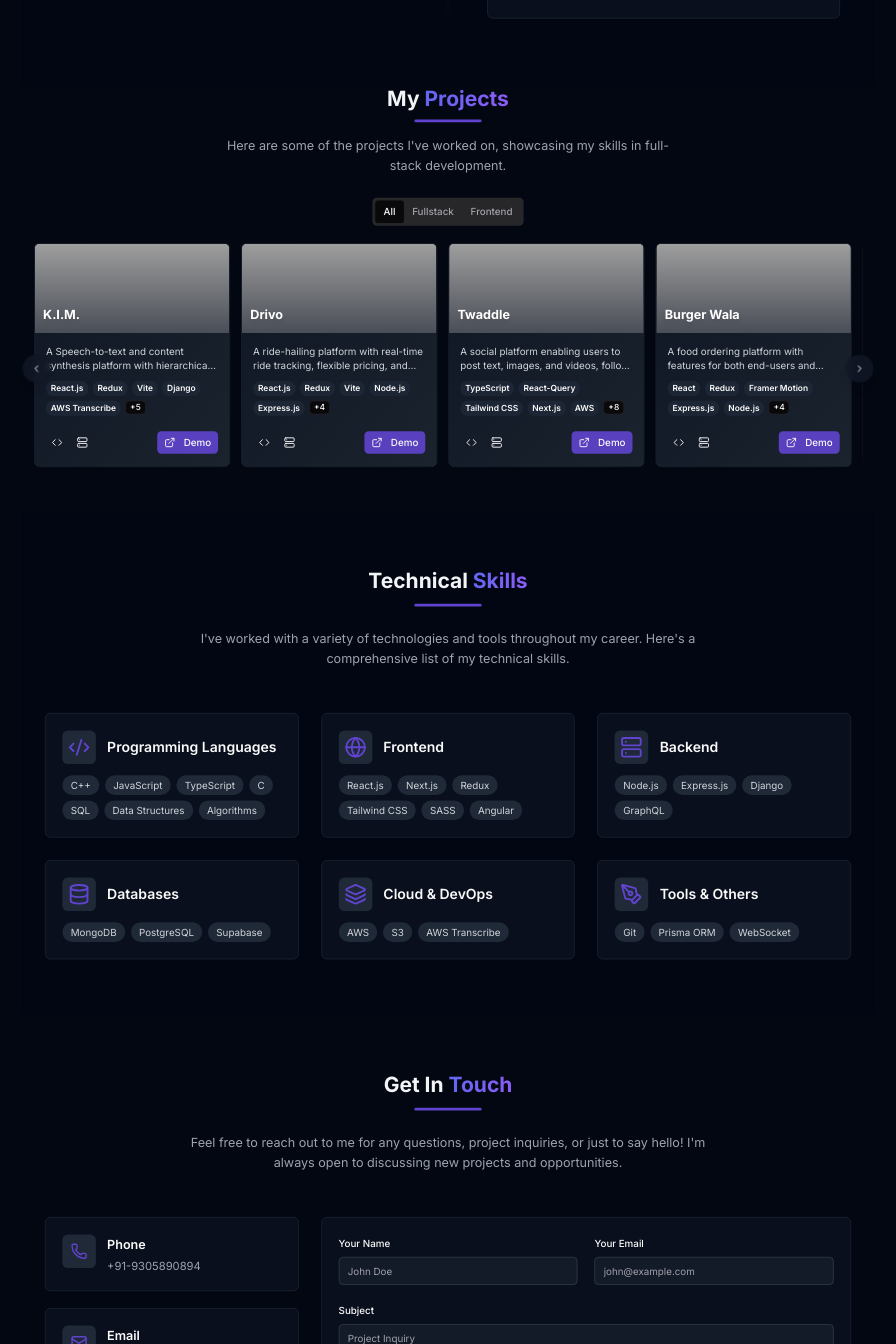
Repository: NoobCoderY/Yash
Page: /
An editor plug-in stored every save of this project. The page is shown before and after a run of saves, followed by the edit.
The browser window is 1280 px wide. The pictures show the part of the page from y = 2812 to 4732 px (the page is 5388 px tall before and 5356 px after), at 70% of full size.
Pictures or frames that could not be fetched are drawn as grey boxes. The project was rebuilt for these pictures with package versions that can differ from the ones it lists, and the page was loaded fresh each time. The framework's server and built-in components were replaced by stand-ins that run in the browser. Also part of the build but not shown: next.config.mjs, app/actions/send-email.ts.

Above is the page before, as saved 2025-04-13 10:55:12.

### app/layout.tsx
import type React from "react"
import "./globals.css"
import type { Metadata } from "next"
import { Inter } from "next/font/google"
import { ThemeProvider } from "@/components/theme-provider"

const inter = Inter({ subsets: ["latin"] })

export const metadata: Metadata = {
  title: "Yash Diwaker | Full Stack Developer",
  description: "Portfolio of Yash Diwaker, Full Stack Developer specializing in MERN stack and AWS",
    generator: 'v0.dev'
}

export default function RootLayout({
  children,
}: Readonly<{
  children: React.ReactNode
}>) {
  return (
    <html lang="en" suppressHydrationWarning>
      <body className={inter.className}>
        <ThemeProvider attribute="class" defaultTheme="dark" enableSystem disableTransitionOnChange>
          {children}
        </ThemeProvider>
      </body>
    </html>
  )
}


import './globals.css'

### app/page.tsx
import Hero from "@/components/hero"
import Navbar from "@/components/navbar"
import About from "@/components/about"
import Experience from "@/components/experience"
import Projects from "@/components/projects"
import Skills from "@/components/skills"
import Contact from "@/components/contact"
import Footer from "@/components/footer"

export default function Home() {
  return (
    <div className="min-h-screen bg-gray-950 text-gray-100">
      <Navbar />
      <main className="container mx-auto px-4 sm:px-6 lg:px-8">
        <Hero />
        <About />
        <Experience />
        <Projects />
        <Skills />
        <Contact />
      </main>
      <Footer />
    </div>
  )
}

### components/projects.tsx
'use client';

import { useState, useRef } from 'react';
import { motion } from 'framer-motion';
import { useInView } from 'framer-motion';
import { Card, CardContent } from '@/components/ui/card';
import { Badge } from '@/components/ui/badge';
import { Button } from '@/components/ui/button';
import { Tabs, TabsContent, TabsList, TabsTrigger } from '@/components/ui/tabs';
import {
  ExternalLink,
  ChevronLeft,
  ChevronRight,
  ArrowRight,
  Code,
  Server,
} from 'lucide-react';
import Link from 'next/link';
import {
  Popover,
  PopoverContent,
  PopoverTrigger,
} from '@/components/ui/popover';

export default function Projects() {
  const ref = useRef(null);
  const carouselRef = useRef<HTMLDivElement>(null);
  const isInView = useInView(ref, { once: true, margin: '-100px' });
  const [activeTab, setActiveTab] = useState('all');

  const projects = [
    {
      title: 'K.I.M.',
      description:
        'A Speech-to-text and content synthesis platform with hierarchical management of companies, departments, and projects.',
      image: '/placeholder.svg?height=300&width=500',
      tags: [
        'React.js',
        'Redux',
        'Vite',
        'Django',
        'AWS Transcribe',
        'PostgreSQL',
        'Mistral AI',
        'FFMPEG',
        'Mailjet',
        'AWS S3',
      ],
      category: 'fullstack',
      github: {
        fe: '#',
        be: '#',
      },
      demo: '#',
    },
    {
      title: 'Drivo',
      description:
        'A ride-hailing platform with real-time ride tracking, flexible pricing, and geolocation services using WebSocket and Google Maps API.',
      image: '/placeholder.svg?height=300&width=500',
      tags: [
        'React.js',
        'Redux',
        'Vite',
        'Node.js',
        'Express.js',
        'WebSocket',
        'MongoDB',
        'Google Maps API',
        'Tailwind CSS',
      ],
      category: 'fullstack',
      github: {
        fe: '#',
        be: '#',
      },
      demo: 'https://drivo-fe.vercel.app/',
    },
    {
      title: 'Twaddle',
      description:
        'A social platform enabling users to post text, images, and videos, follow others, and view personalized feeds using GraphQL and Prisma ORM.',
      image: '/placeholder.svg?height=300&width=500',
      tags: [
        'TypeScript',
        'React-Query',
        'Tailwind CSS',
        'Next.js',
        'AWS',
        'JSON Web Tokens',
        'Prisma ORM',
        'Google OAuth',
        'GraphQL',
        'Node.js',
        'Supabase',
        'PostgreSQL',
        'Codegen',
      ],
      category: 'fullstack',
      github: {
        fe: '#',
        be: '#',
      },
      demo: '#',
    },
    {
      title: 'Burger Wala',
      description:
        'A food ordering platform with features for both end-users and admins, including online payment integration with Razorpay.',
      image: '/placeholder.svg?height=300&width=500',
      tags: [
        'React',
        'Redux',
        'Framer Motion',
        'Express.js',
        'Node.js',
        'MongoDB',
        'Passport.js',
        'Razorpay',
        'Chart.js',
      ],
      category: 'fullstack',
      github: {
        fe: '#',
        be: '#',
      },
      demo: '#',
    },
    {
      title: 'Crypto Tracker',
      description:
        'A React-based cryptocurrency tracking application featuring live data charts, favorite coin management, and real-time price updates.',
      image: '/placeholder.svg?height=300&width=500',
      tags: [
        'React.js',
        'Redux',
        'Chart.js',
        'CoinGecko API',
        'Axios',
        'Tailwind CSS',
        'React Query',
        'LocalStorage',
        'Vite',
        'Framer Motion',
      ],
      category: 'frontend',
      github: {
        fe: '#',
      },
      demo: '#',
    },
    {
      title: 'E-Commerce Admin Dashboard',
      description:
        'A comprehensive admin dashboard for managing e-commerce orders, products, and customer data with sales analytics.',
      image: '/placeholder.svg?height=300&width=500',
      tags: [
        'MongoDB',
        'Express.js',
        'React.js',
        'Node.js',
        'Redux',
        'Chart.js',
        'JWT Authentication',
        'Mongoose',
        'Tailwind CSS',
        'Axios',
        'React Table',
      ],
      category: 'fullstack',
      github: {
        fe: '#',
        be: '#',
      },
      demo: '#',
    },
    {
      title: 'Quiz Application',
      description:
        'An interactive quiz platform allowing users to create, share, and participate in quizzes across various categories.',
      image: '/placeholder.svg?height=300&width=500',
      tags: [
        'MongoDB',
        'Express.js',
        'React.js',
        'Node.js',
        'Redux',
        'Socket.io',
        'JWT Authentication',
        'Mongoose',
        'Tailwind CSS',
        'React Hook Form',
      ],
      category: 'fullstack',
      github: {
        fe: '#',
        be: '#',
      },
      demo: '#',
    },
  ];

  // Get unique categories
  const categories = [
    'all',
    ...new Set(projects.map((project) => project.category)),
  ];

  // Filter projects based on active tab
  const filteredProjects =
    activeTab === 'all'
      ? projects
      : projects.filter((project) => project.category === activeTab);

  const scroll = (direction: 'left' | 'right') => {
    if (carouselRef.current) {
      const { current } = carouselRef;
      const scrollAmount =
        direction === 'left' ? -current.clientWidth : current.clientWidth;
      current.scrollBy({ left: scrollAmount, behavior: 'smooth' });
    }
  };

  const cardVariants = {
    hidden: { opacity: 0, y: 20 },
    visible: (i: number) => ({
      opacity: 1,
      y: 0,
      transition: {
        delay: 0.05 * i,
        duration: 0.4,
      },
    }),
  };

  return (
    <section
      id='projects'
      className='overflow-hidden'
    >
      <div className='container mx-auto px-4'>
        <motion.div
          initial={{ opacity: 0, y: 20 }}
          animate={isInView ? { opacity: 1, y: 0 } : { opacity: 0, y: 20 }}
          transition={{ duration: 0.5 }}
          ref={ref}
          className='text-center mb-8'
        >
          <h2 className='text-3xl font-bold mb-3'>
            My <span className='gradient-text'>Projects</span>
          </h2>
          <div className='w-24 h-1 bg-primary mx-auto mb-5 rounded-full'></div>
          <p className='text-lg text-gray-400 max-w-2xl mx-auto'>
            Here are some of the projects I've worked on, showcasing my skills
            in full-stack development.
          </p>
        </motion.div>

        <Tabs
          defaultValue='all'
          value={activeTab}
          onValueChange={setActiveTab}
          className='mb-6'
        >
          <div className='flex justify-center mb-6'>
            <TabsList>
              {categories.map((category) => (
                <TabsTrigger
                  key={category}
                  value={category}
                  className='capitalize'
                >
                  {category}
                </TabsTrigger>
              ))}
            </TabsList>
          </div>

          <TabsContent
            value={activeTab}
            className='mt-0 relative'
          >
            <div className='absolute -left-4 top-1/2 -translate-y-1/2 z-10'>
              <Button
                variant='ghost'
                size='icon'
                className='rounded-full bg-gray-900/80 backdrop-blur-sm hover:bg-gray-800 shadow-lg'
                onClick={() => scroll('left')}
              >
                <ChevronLeft className='h-5 w-5' />
                <span className='sr-only'>Scroll left</span>
              </Button>
            </div>

            <div
              ref={carouselRef}
              className='flex overflow-x-auto gap-4 pb-4 snap-x snap-mandatory hide-scrollbar'
              style={{ scrollbarWidth: 'none', msOverflowStyle: 'none' }}
            >
              {filteredProjects.map((project, i) => (
                <motion.div
                  key={i}
                  custom={i}
                  variants={cardVariants}
                  initial='hidden'
                  animate={isInView ? 'visible' : 'hidden'}
                  className='min-w-[280px] max-w-[280px] snap-start'
                >
                  <Card className='h-[320px] bg-gradient-to-br from-gray-900/90 to-gray-800/80 border-gray-800 hover:border-primary/40 transition-all duration-300 overflow-hidden group relative'>


                    <div className='relative h-32 overflow-hidden'>
                      <img
                        src={project.image || '/placeholder.svg'}
                        alt={project.title}
                        className='w-full h-full object-cover transition-transform duration-700 group-hover:scale-110'
                      />
                      <div className='absolute inset-0 bg-gradient-to-t from-gray-900 to-transparent opacity-60'></div>
                      <div className='absolute bottom-0 left-0 w-full p-3'>
                        <h3 className='text-lg font-bold text-white drop-shadow-md'>
                          {project.title}
                        </h3>
                      </div>
                    </div>

                    <CardContent className='p-4 flex flex-col h-[188px]'>
                      <p className='text-gray-300 text-sm mb-3 line-clamp-2 h-10'>
                        {project.description}
                      </p>

                      <div className='flex flex-wrap gap-1.5 h-[40px]'>
                        {project.tags.slice(0, 5).map((tag, index) => (
                          <Badge
                            key={index}
                            variant='secondary'
                            className='text-xs px-1.5 py-0.5 bg-gray-800/80'
                          >
                            {tag}
                          </Badge>
                        ))}
                        {project.tags.length > 5 && (
                          <Popover>
                            <PopoverTrigger asChild>
                              <Button
                                variant='outline'
                                size='sm'
                                className='h-5 text-xs px-1.5 py-0 cursor-pointer'
                              >
                                +{project.tags.length - 5}
                              </Button>
                            </PopoverTrigger>
                            <PopoverContent
                              className='w-auto p-2 bg-gray-900 border-gray-800'
                              side='top'
                              align='center'
                              sideOffset={5}
                            >
                              <div className='flex flex-wrap gap-1.5 max-w-[250px]'>
                                {project.tags.slice(5).map((tag, index) => (
                                  <Badge
                                    key={index}
                                    variant='secondary'
                                    className='text-xs px-1.5 py-0.5 bg-gray-800/80'
                                  >
                                    {tag}
                                  </Badge>
                                ))}
                              </div>
                            </PopoverContent>
                          </Popover>
                        )}
                      </div>

                      <div className='flex justify-between mt-auto'>
                        <div className='flex gap-1'>
                          {project.github.fe && (
                            <Link
                              href={project.github.fe}
                              target='_blank'
                              rel='noopener noreferrer'
                            >
                              <Button
                                variant='ghost'
                                size='sm'
                                className='h-8 px-2'
                                title='Frontend Code'
                              >
                                <Code className='h-3.5 w-3.5' />
                                <span className='sr-only'>Frontend Code</span>
                              </Button>
                            </Link>
                          )}
                          {project.github.be && (
                            <Link
                              href={project.github.be}
                              target='_blank'
                              rel='noopener noreferrer'
                            >
                              <Button
                                variant='ghost'
                                size='sm'
                                className='h-8 px-2'
                                title='Backend Code'
                              >
                                <Server className='h-3.5 w-3.5' />
                                <span className='sr-only'>Backend Code</span>
                              </Button>
                            </Link>
                          )}
                        </div>
                        <Link
                          href={project.demo}
                          target='_blank'
                          rel='noopener noreferrer'
                        >
                          <Button
                            size='sm'
                            className='h-8 px-2.5 bg-primary/90 hover:bg-primary'
                          >
                            <ExternalLink className='h-3.5 w-3.5 mr-1' />
                            Demo
                          </Button>
                        </Link>
                      </div>
                    </CardContent>

                    <div className='absolute inset-0 bg-gradient-to-t from-black to-transparent opacity-0 group-hover:opacity-20 transition-opacity duration-300 pointer-events-none'></div>
                  </Card>
                </motion.div>
              ))}
            </div>

            <div className='absolute -right-4 top-1/2 -translate-y-1/2 z-10'>
              <Button
                variant='ghost'
                size='icon'
                className='rounded-full bg-gray-900/80 backdrop-blur-sm hover:bg-gray-800 shadow-lg'
                onClick={() => scroll('right')}
              >
                <ChevronRight className='h-5 w-5' />
                <span className='sr-only'>Scroll right</span>
              </Button>
            </div>

            <div className='flex justify-center mt-6'>

            </div>
          </TabsContent>
        </Tabs>
      </div>
    </section>
  );
}

### components/ui/input.tsx
import * as React from "react"

import { cn } from "@/lib/utils"

const Input = React.forwardRef<HTMLInputElement, React.ComponentProps<"input">>(
  ({ className, type, ...props }, ref) => {
    return (
      <input
        type={type}
        className={cn(
          "flex h-10 w-full rounded-md border border-input bg-background px-3 py-2 text-base ring-offset-background file:border-0 file:bg-transparent file:text-sm file:font-medium file:text-foreground placeholder:text-muted-foreground focus-visible:outline-none focus-visible:ring-2 focus-visible:ring-ring focus-visible:ring-offset-2 disabled:cursor-not-allowed disabled:opacity-50 md:text-sm",
          className
        )}
        ref={ref}
        {...props}
      />
    )
  }
)
Input.displayName = "Input"

export { Input }

Loaded but not shown: components/theme-provider.tsx (common file); components/ui/textarea.tsx (common file); hooks/use-toast.ts (common file); lib/utils.ts (common file); tailwind.config.ts (common file); components/contact.tsx (244 lines, source omitted); components/hero.tsx (166 lines, source omitted); components/experience.tsx (114 lines, source omitted); components/skills.tsx (126 lines, source omitted); components/navbar.tsx (107 lines, source omitted); components/about.tsx (86 lines, source omitted); components/footer.tsx (79 lines, source omitted); app/globals.css (141 lines, source omitted); components/ui/button.tsx (56 lines, source omitted); components/ui/tabs.tsx (55 lines, source omitted); components/ui/card.tsx (79 lines, source omitted); components/ui/popover.tsx (31 lines, source omitted); components/ui/badge.tsx (36 lines, source omitted)

After the next 2 saves:
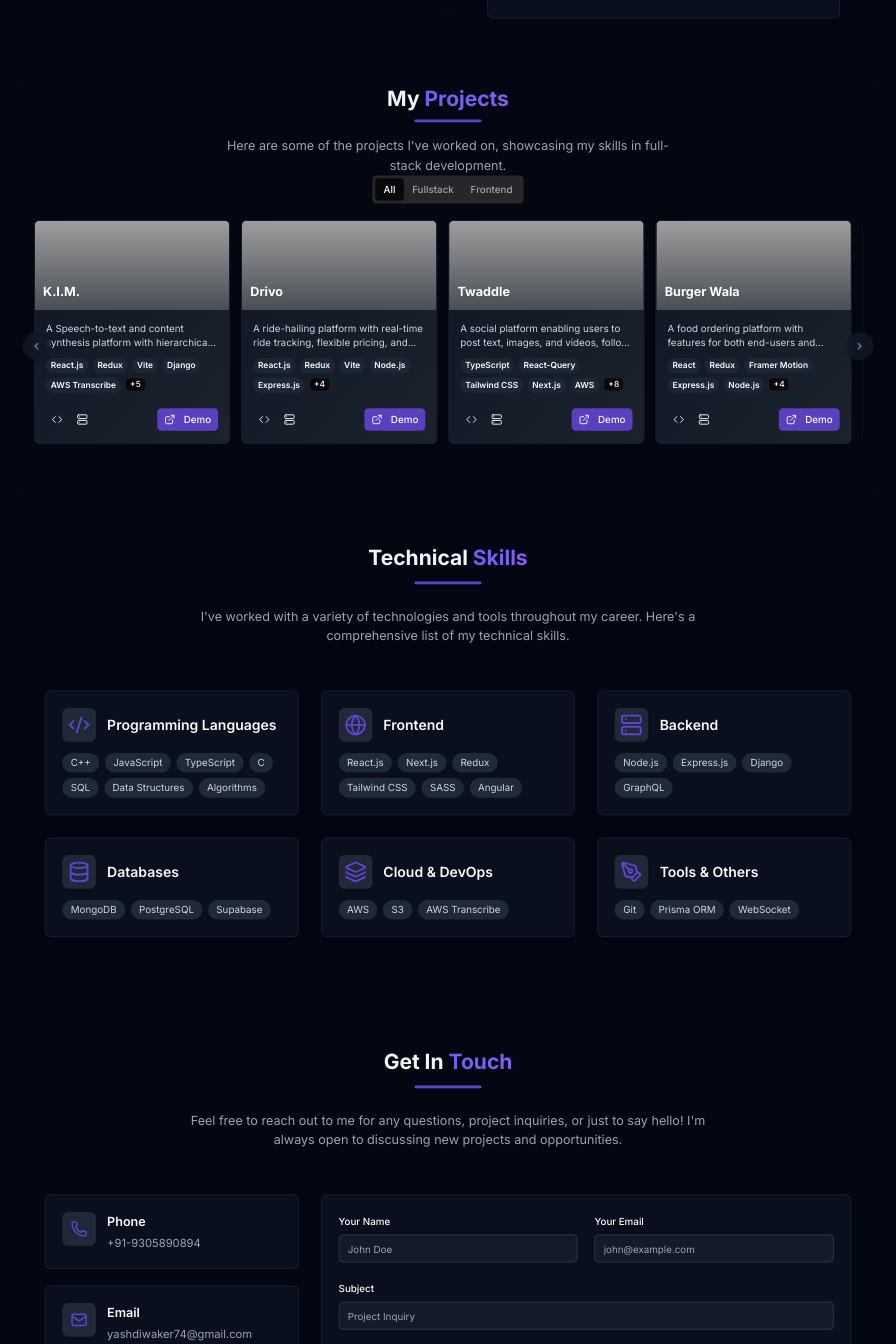
The 2 saves are shown as one change because they came seconds apart.
The last was saved 37 s later.
--- a/components/projects.tsx
+++ b/components/projects.tsx
@@ -244,7 +244,7 @@
           animate={isInView ? { opacity: 1, y: 0 } : { opacity: 0, y: 20 }}
           transition={{ duration: 0.5 }}
           ref={ref}
-          className='text-center mb-8'
+          className='text-center'
         >
           <h2 className='text-3xl font-bold mb-3'>
             My <span className='gradient-text'>Projects</span>

After the 3 saves that followed:
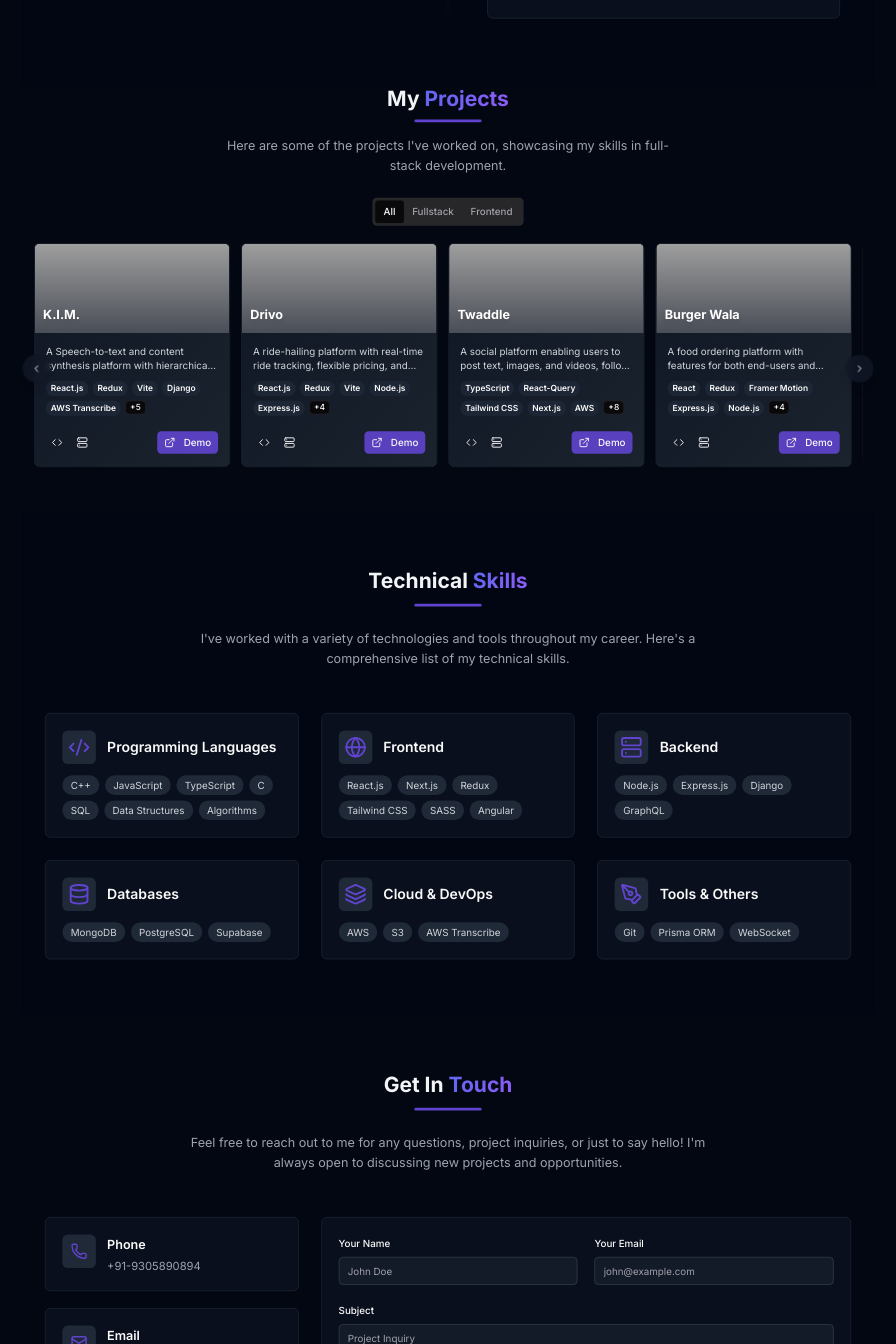
The 3 saves are shown as one change because they came seconds apart.
The last was saved 9 s later.
--- a/components/projects.tsx
+++ b/components/projects.tsx
@@ -244,7 +244,7 @@
           animate={isInView ? { opacity: 1, y: 0 } : { opacity: 0, y: 20 }}
           transition={{ duration: 0.5 }}
           ref={ref}
-          className='text-center'
+          className='text-center mb-8'
         >
           <h2 className='text-3xl font-bold mb-3'>
             My <span className='gradient-text'>Projects</span>
